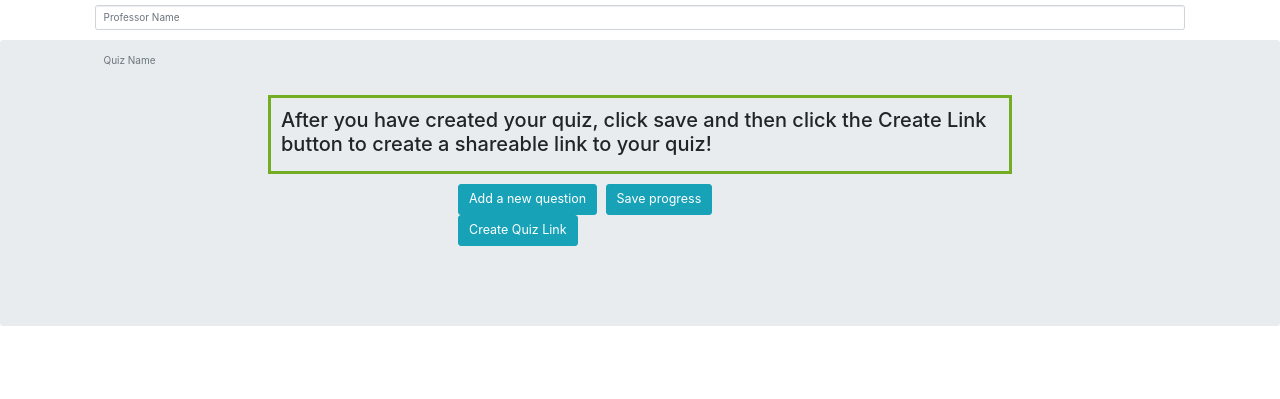
Repository: phillipdacosta/QuizemsNew
Page: /#/home
These files come from the project's save history. The page is drawn as it stood at one moment and after the next save; the edit follows.
The browser window is 1280 px wide. The pictures show the whole page.
Some web libraries are served in a nearby version. The project was rebuilt for these pictures with package versions that can differ from the ones it lists, and the page was loaded fresh each time. Also part of the build but not shown: angular.json, src/app/quiz/quiz.component.ts, src/app/about/about.component.ts, src/app/student/student.component.ts, src/app/questions/questions.component.ts, src/app/question-display/question-display.component.ts, src/app/timer/timer.component.ts.

Above is the page before, as saved 2019-06-30 16:42:02.

### src/index.html
<!doctype html>
<html>
<head>
  <meta charset="utf-8">
  <title>Angular Bootstrap Demo</title>
  <base href="/">
  <meta name="viewport" content="width=device-width, initial-scale=1">
  <link rel="icon" type="image/x-icon" href="favicon.ico">
  <link rel="stylesheet" href="https://maxcdn.bootstrapcdn.com/bootstrap/3.3.7/css/bootstrap.min.css" integrity="sha384-BVYiiSIFeK1dGmJRAkycuHAHRg32OmUcww7on3RYdg4Va+PmSTsz/K68vbdEjh4u" crossorigin="anonymous">
</head>
<body>
  <app-root>Loading...</app-root>
  <script src="https://code.jquery.com/jquery-3.1.1.min.js" integrity="sha256-hVVnYaiADRTO2PzUGmuLJr8BLUSjGIZsDYGmIJLv2b8=" crossorigin="anonymous"></script>
  <script src="https://maxcdn.bootstrapcdn.com/bootstrap/3.3.7/js/bootstrap.min.js" integrity="sha384-Tc5IQib027qvyjSMfHjOMaLkfuWVxZxUPnCJA7l2mCWNIpG9mGCD8wGNIcPD7Txa" crossorigin="anonymous"></script>
</body>
</html>

### src/app/app-routing.module.ts
import { NgModule } from '@angular/core';
import { Routes, RouterModule } from '@angular/router';
import { ProfessorComponent } from './professor/professor.component';
import { QuestionsComponent } from './questions/questions.component';
import { QuizComponent } from './quiz/quiz.component';
import { AboutComponent } from './about/about.component';

const routes: Routes = [

  {
    path: '',
    component: AboutComponent,

 } ,

  {
    path: 'home',
    component: ProfessorComponent,

 } ,


 {
  path: 'quiz',
  component: QuizComponent

}

];

@NgModule({
  imports: [RouterModule.forRoot(routes), RouterModule.forRoot(routes,{useHash:true})],
  exports: [RouterModule]
})
export class AppRoutingModule { }

### src/app/app.component.ts
import { Component } from '@angular/core';

@Component({
  selector: 'app-root',
  templateUrl: './app.component.html',
  styleUrls: ['./app.component.css']
})
export class AppComponent {
  title = 'quizems';
}

### src/app/professor/professor.component.ts
import { Component, OnInit } from '@angular/core';
import { DataService } from '../data.service';
import { Question } from '../question.model';

@Component({
  selector: 'app-professor',
  templateUrl: './professor.component.html',
  styleUrls: ['./professor.component.css']
})
export class ProfessorComponent implements OnInit {


  question : any;
  link : any
  flag : boolean = false;

  constructor(private data : DataService) { }


  ngOnInit() {


  }



  populateQuiz(){

    this.data.saveData('questions');
    this.flag = true;

  }

  loadQuiz(){
    this.data.loadData('questions');
  }

  newQuestion(){

    let question = new Question();
    this.data.questionslist.push(question)
    console.log(this.data.questionslist)
    this.flag = false;
  }

  createLink(){

    this.link = 'https://quizems-daf82.firebaseapp.com/#/quiz';
    //this.router.navigate(['/quiz']);


      }
  }

### src/app/professor/professor.component.html
<!DOCTYPE html>
<html lang="en">
<head>
  <title>Bootstrap Example</title>
  <meta charset="utf-8">
  <meta name="viewport" content="width=device-width, initial-scale=1">
  <link rel="stylesheet" href="https://maxcdn.bootstrapcdn.com/bootstrap/4.3.1/css/bootstrap.min.css">
  <script src="https://ajax.googleapis.com/ajax/libs/jquery/3.4.1/jquery.min.js"></script>
  <script src="https://cdnjs.cloudflare.com/ajax/libs/popper.js/1.14.7/umd/popper.min.js"></script>
  <script src="https://maxcdn.bootstrapcdn.com/bootstrap/4.3.1/js/bootstrap.min.js"></script>
</head>
<body>

<div class="container">

    <div class="form-group input-sm">
        <input type="password" class="form-control" id="exampleInputPassword1" placeholder="Professor Name">
        <br>

        <input type="password" class="form-control" id="exampleInputPassword1" placeholder="Quiz Name">

      </div>


  <!-- The Modal -->
  <div class="modal" id="myModal">
    <div class="modal-dialog">
      <div class="modal-content">

        <!-- Modal Header -->
        <div class="modal-header">
          <h4 class="modal-title">Congrats!</h4>
          <button type="button" class="close" data-dismiss="modal">&times;</button>
        </div>

        <!-- Modal body -->
        <div class="modal-body">
        Your quiz has been created!
         <br>
         <br>
         Here is your shareable link: https://quizemsnew.firebaseapp.com/#/quiz
        </div>

        <!-- Modal footer -->
        <div class="modal-footer">
          <button type="button" class="btn btn-danger" data-dismiss="modal">Close</button>
        </div>

      </div>
    </div>
  </div>

</div>

</body>
</html>

<div class = "jumbotron">

  <br>

  <div class = "heading">
  <h2>After you have created your quiz, click save and then click the Create Link button to create a shareable link to your quiz!</h2>

</div>

<div class = "headingButtons">


      <button type="button" class="btn btn-info btn-lg" (click) = "newQuestion()">Add a new question</button>

&nbsp;


    <button type="button" class="btn btn-info btn-lg" (click) = "populateQuiz()">Save progress</button>




&nbsp;
  <!--  <button (click)="loadQuiz()">Load</button>-->
<button type="button" class="btn btn-info btn-lg" data-toggle="modal" data-target="#myModal" (click) = "createLink()">Create Quiz Link</button>

</div>
<br>
<br>


<div *ngFor = "let q of data.questionslist">
  <app-questions [questionModel]="q"></app-questions>
</div>

</div>

### src/app/professor/professor.component.css
.divider{
    width:5px;
    height:auto;
    display:inline-block;
}

.heading{

    margin: auto;
  width: 60%;
  border: 3px solid #73AD21;
  padding: 10px;
}

.headingButtons{

  margin: auto;
  width: 30vw;
  padding: 10px;


}

### src/app/data.service.ts
import { Injectable } from '@angular/core';
import {Model} from "src/app/question-answer.model";
import { Question } from './question.model';


@Injectable({
  providedIn: 'root'
})
export class DataService {


  professorQuestion : any;
  questionslist : Array <Question>;

  constructor() {

    this.questionslist= new Array<Question>();


    }

    arrayToJSON(array){
        return {"data": array};
    }

    saveData(key: string){
      const value = JSON.stringify(this.arrayToJSON(this.questionslist));
      localStorage.setItem(key, value);
      console.log(value)
    }

    loadData(key: string){
      this.questionslist = JSON.parse(localStorage.getItem(key))['data'];
      console.log(this.questionslist);
    }

  }

### src/app/question.model.ts
export class Question {

    question : any = '';
    answerOne : any = '';
    answerTwo : any = '';
    answerThree : any = '';
    answerFour : any = '';
    correctAnswer : any = '';

}

Loaded but not shown: src/styles.css (common file); src/main.ts (common file); src/app/app.module.ts (common file); src/environments/environment.ts (common file); src/app/app.component.html (common file); src/app/app.component.css (no stored copy; drawn as an empty file)

After the next save:
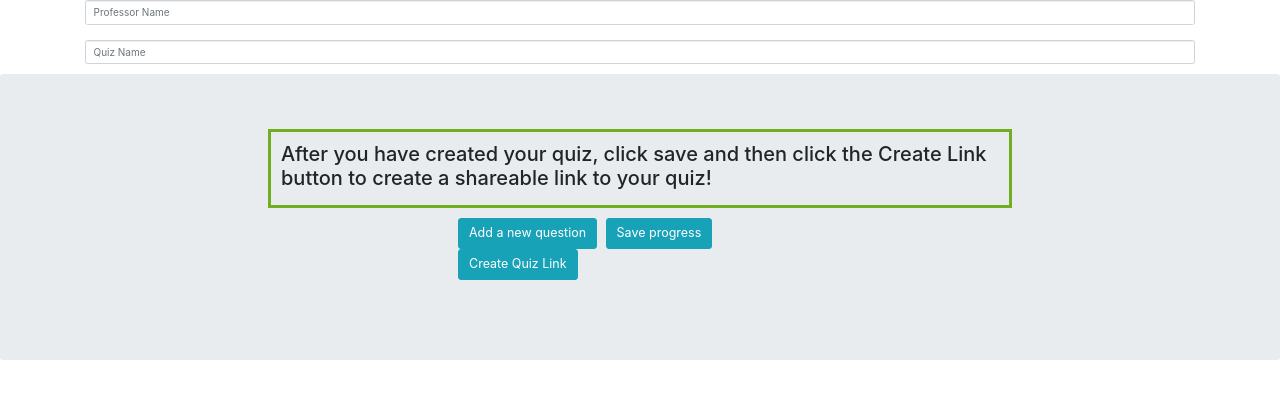
Saved 14 s later.
--- a/src/app/professor/professor.component.html
+++ b/src/app/professor/professor.component.html
@@ -13,7 +13,7 @@
 
 <div class="container">
 
-    <div class="form-group input-sm">
+    <div class="form-group ">
         <input type="password" class="form-control" id="exampleInputPassword1" placeholder="Professor Name">
         <br>
 
